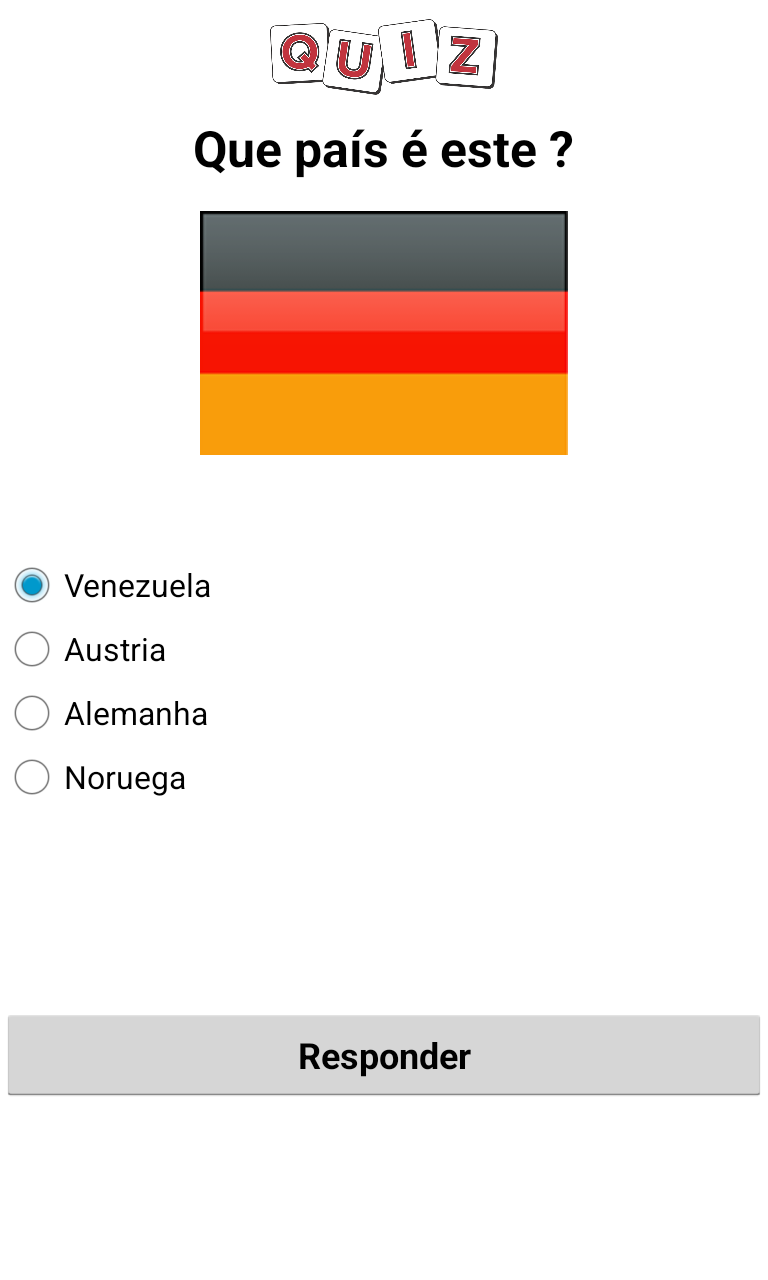
Repository: Rennanxp2/AndroidQuiz
Layout: Quiz Bandeiras Android/Quiz/res/layout/activity_quiz6.xml
These files come from the project's save history. The layout is drawn as it stood at one moment and after the next save; the edit follows.
It is drawn on a 768 x 1280 px phone screen (xhdpi) without system bars, with theme AppTheme; the app's code is not run.

Above is the layout before, as saved 2017-10-22 03:36:27.

After the next save:
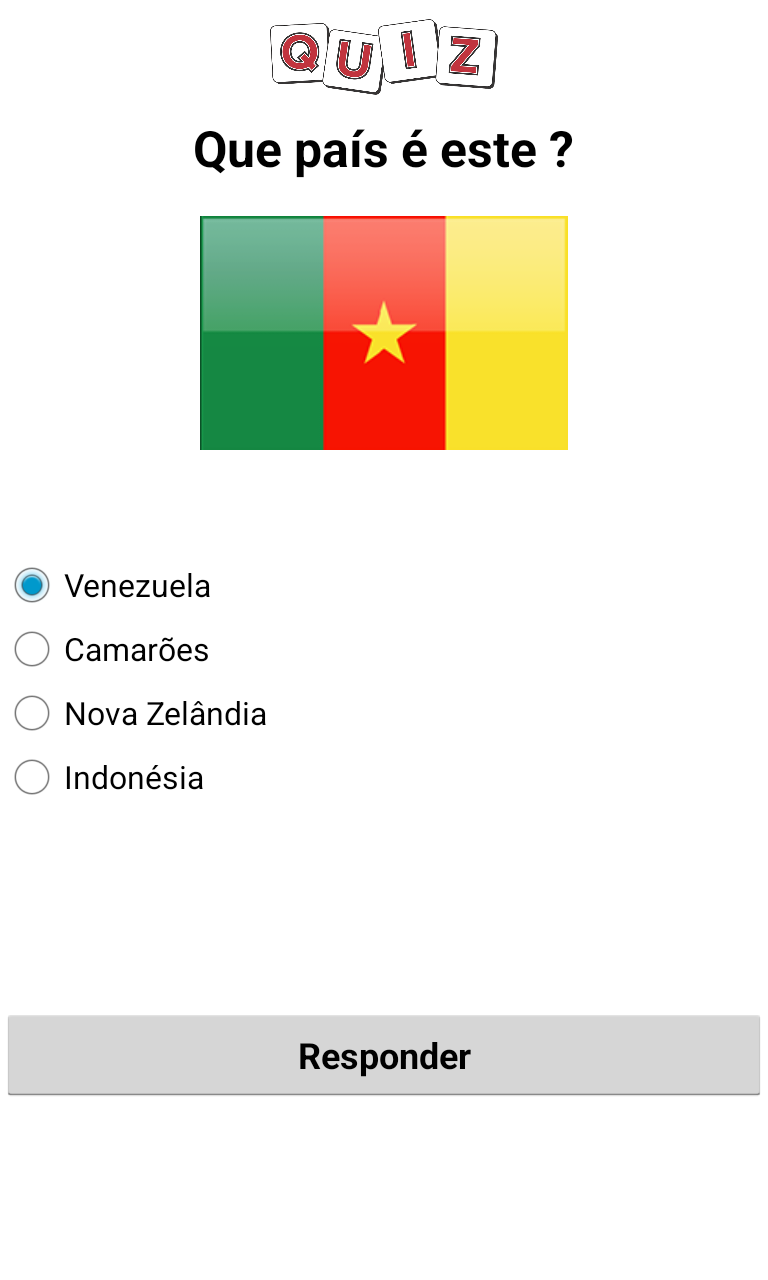
Saved 70 s later.
--- a/Quiz Bandeiras Android/Quiz/res/layout/activity_quiz6.xml
+++ b/Quiz Bandeiras Android/Quiz/res/layout/activity_quiz6.xml
@@ -49,7 +49,7 @@
             android:layout_width="184dp"
             android:layout_height="152dp"
             android:layout_gravity="center"
-            android:src="@drawable/alemanha" />
+            android:src="@drawable/camaroes" />
     </LinearLayout>
 
     <RelativeLayout
@@ -75,19 +75,19 @@
                 android:id="@+id/rbResposta2"
                 android:layout_width="wrap_content"
                 android:layout_height="wrap_content"
-                android:text="Austria" />
+                android:text="Camarões" />
 
             <RadioButton
                 android:id="@+id/rbResposta3"
                 android:layout_width="wrap_content"
                 android:layout_height="wrap_content"
-                android:text="Alemanha" />
+                android:text="Nova Zelândia" />
 
             <RadioButton
                 android:id="@+id/rbResposta4"
                 android:layout_width="wrap_content"
                 android:layout_height="wrap_content"
-                android:text="Noruega" />
+                android:text="Indonésia" />
         </RadioGroup>
 
     </RelativeLayout>
